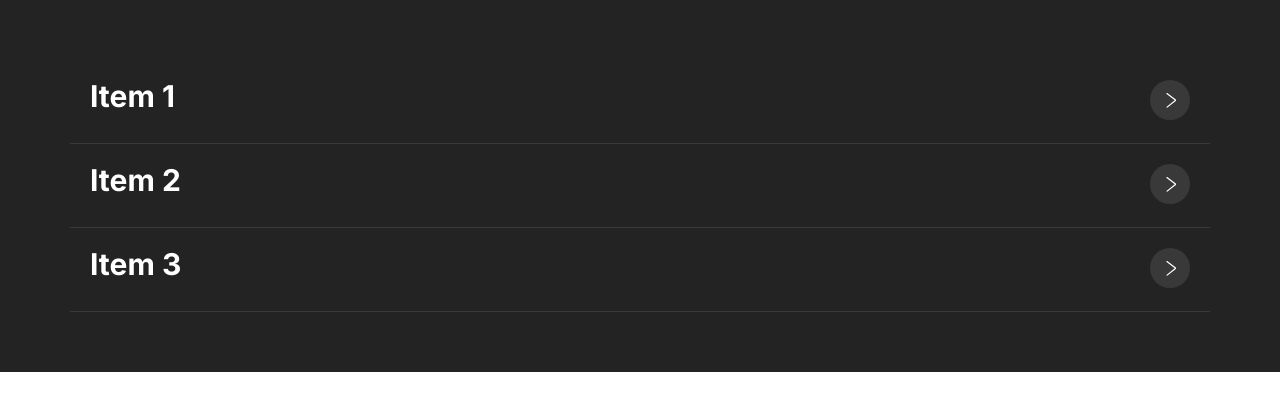
Repository: LeonUIO/first_website
Page: index.html
The author's editor kept a copy of each file at every save. The page is drawn from the files as they stood at one save, then again after the next save.
The browser window is 1280 px wide. The pictures show the whole page.

Above is the page before, as saved 2021-04-14 09:20:21.

After the next save:
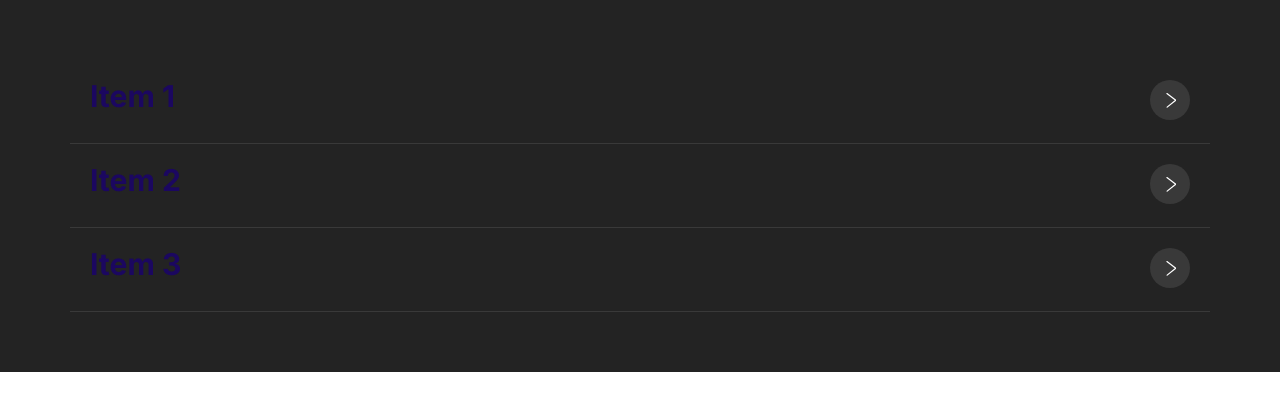
Saved 6 min 54 s later.
--- a/css/styles.css
+++ b/css/styles.css
@@ -582,7 +582,6 @@ a {
 .collapsible__heading {
   margin-top: 0;
   font-size: 3rem;
-  color: #fff;
 }
 
 .collapsible--chevron {
